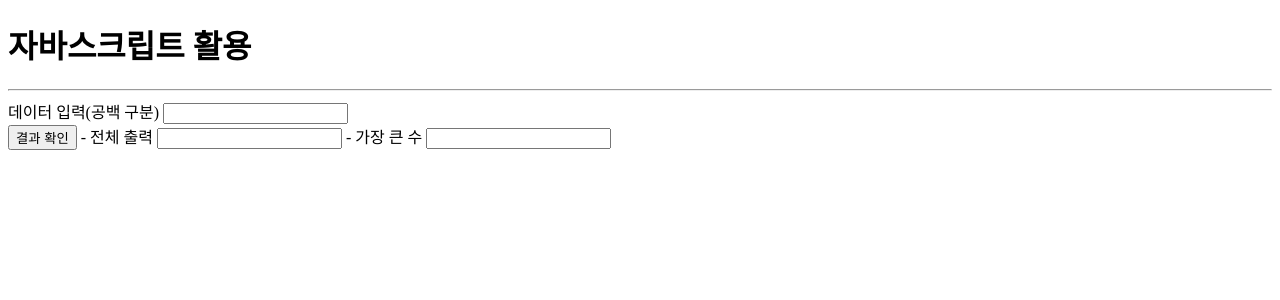
Repository: lolsoyeon/WebStudy
Page: WebApp03/WebContent/Test019_1.html
An editor plug-in stored every save of this project. The page is shown before and after the next save, followed by the edit.
The browser window is 1280 px wide. The pictures show the whole page.

Above is the page before, as saved 2022-09-30 03:35:31.

After the next save:
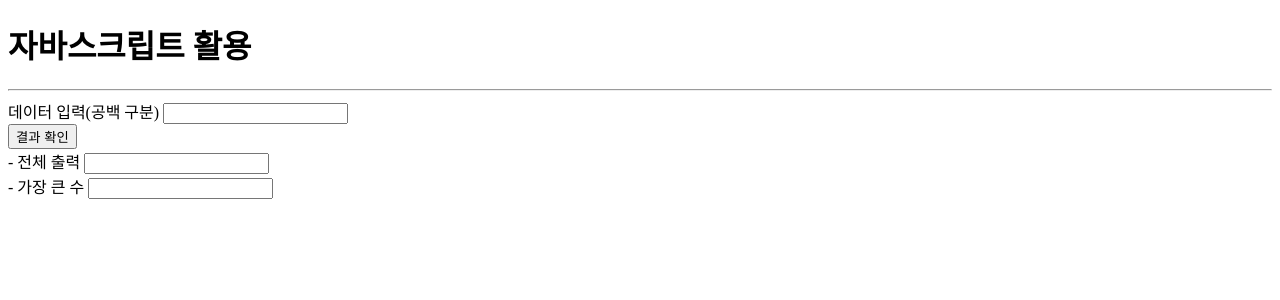
Saved 28 s later.
--- a/WebApp03/WebContent/Test019_1.html
+++ b/WebApp03/WebContent/Test019_1.html
@@ -40,10 +40,10 @@
  	<form>
  		데이터 입력(공백 구분)
  		<input type="text" class="user" id="input"><br>
- 		<input type="button" class="btn" value="결과 확인" >
+ 		<input type="button" class="btn" value="결과 확인" ><br>
 
  		- 전체 출력
- 		<input type="text" class="admin" id ="all" readonly="readonly">
+ 		<input type="text" class="admin" id ="all" readonly="readonly"><br>
  		- 가장 큰 수
  		<input type="text" class="admin" id="max" eadonly="readonly">
 
